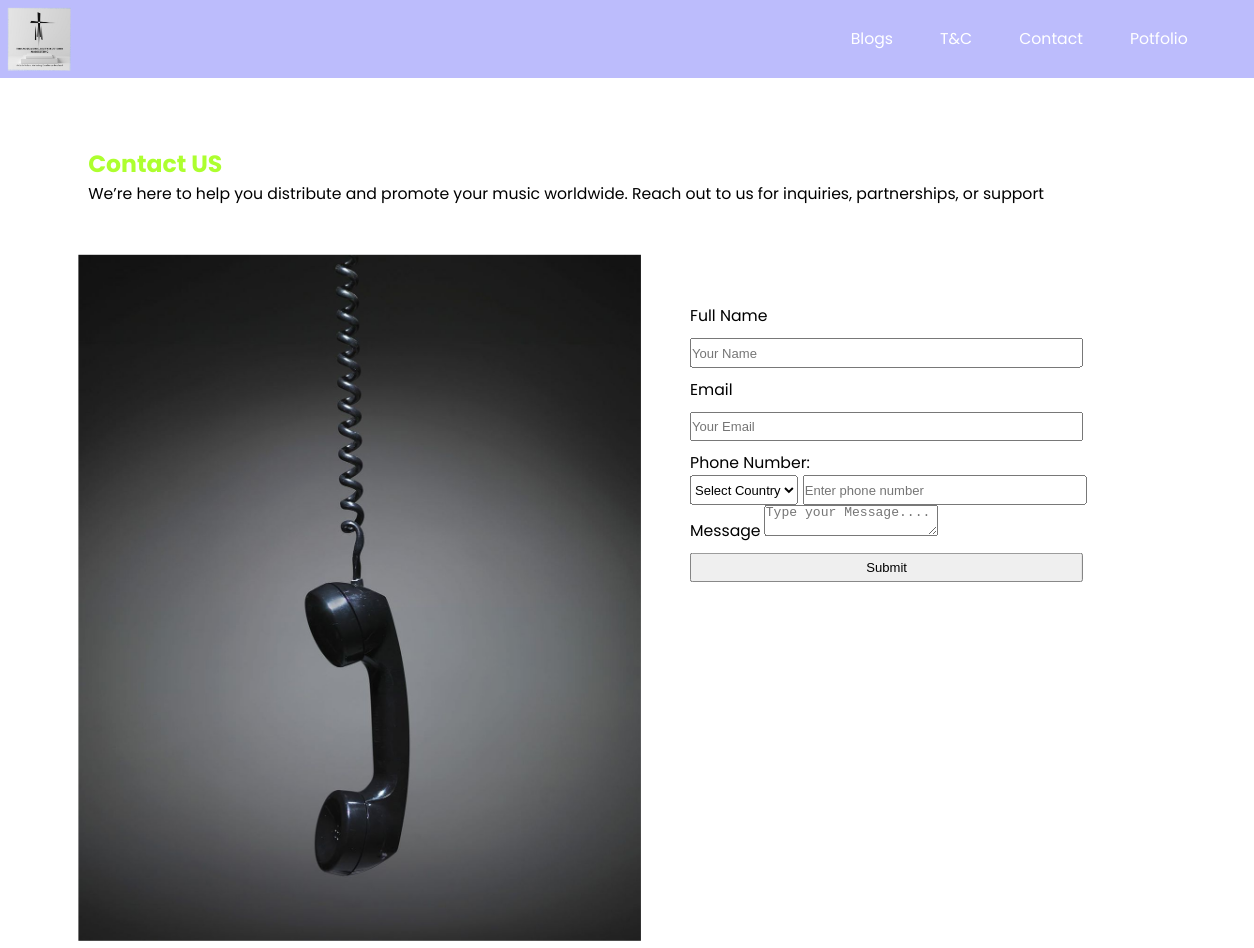
Repository: Ikebobo11/theboss
Page: contact.html
The author's editor kept a copy of each file at every save. The page is drawn from the files as they stood at one save, then again after a run of saves.
The browser window is 1280 px wide. The pictures show the whole page, at 98% of full size.

Above is the page before, as saved 2025-08-16 06:12:09.

After the next 6 saves:
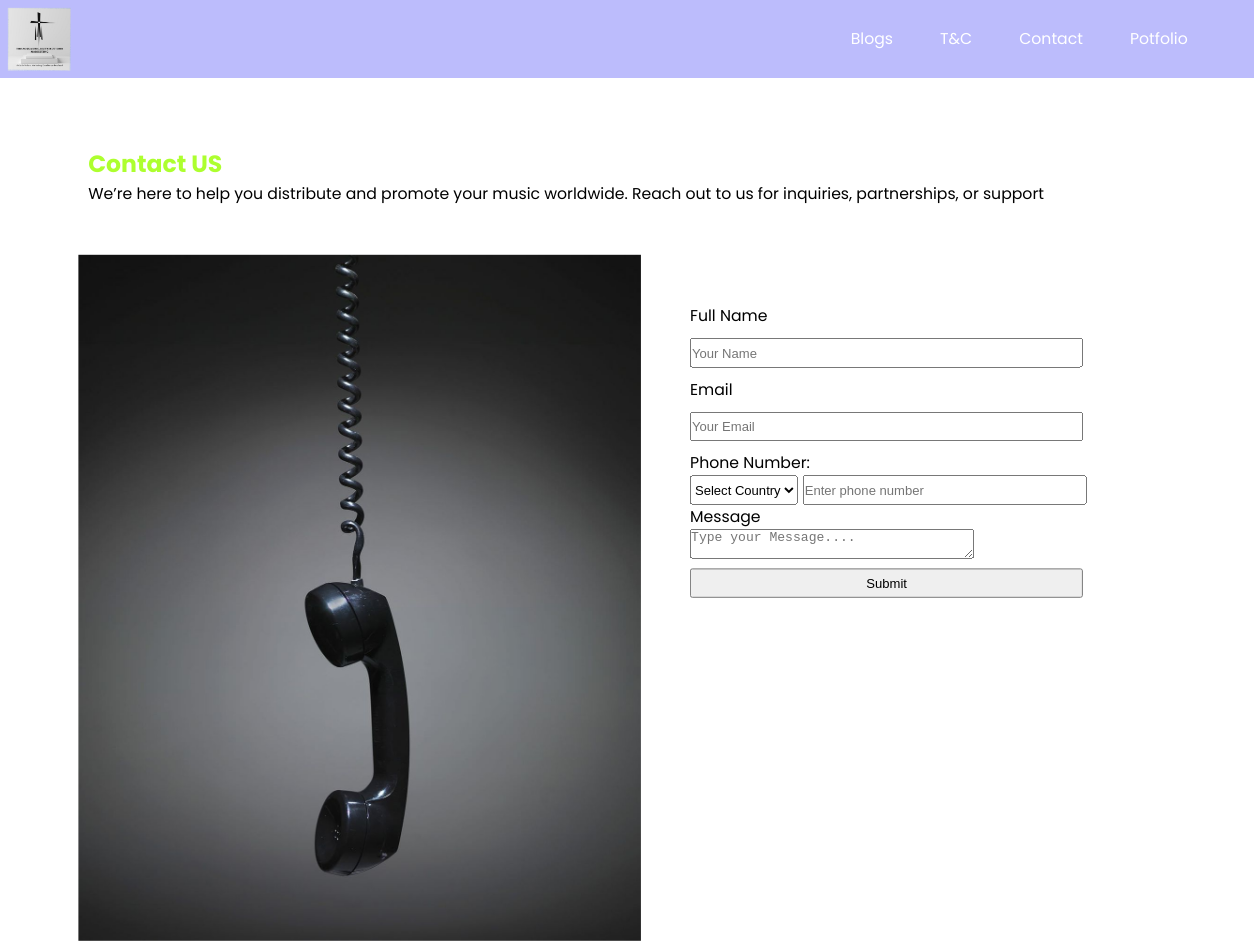
The 6 saves are shown as one change because they came seconds apart.
The last was saved 20 s later.
--- a/contact.css
+++ b/contact.css
@@ -151,5 +151,8 @@ form>input:focus{
   height: 30px;
 }
 textarea{
-
+  width: 65%;
+  height: 30px;
+  display: block;
 }
+}
